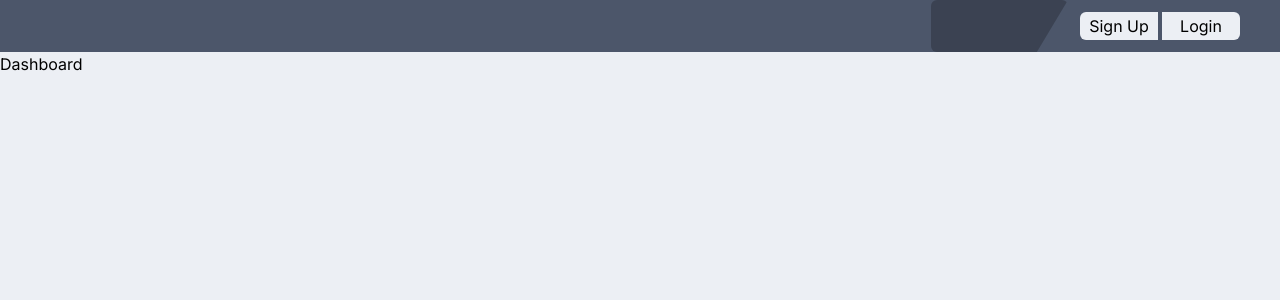
Repository: Qu4ntumGuy/project-bug
Page: /dashboard
The author's editor kept a copy of each file at every save. The page is drawn from the files as they stood at one save, then again after the next save.
The browser window is 1280 px wide. The pictures show the whole page.
The project was rebuilt for these pictures with package versions that can differ from the ones it lists, and the page was loaded fresh each time. The framework's server and built-in components were replaced by stand-ins that run in the browser. Also part of the build but not shown: next.config.mjs.

Above is the page before, as saved 2024-02-13 23:08:41.

### src/app/layout.js
import { Inter } from "next/font/google";
import "./globals.css";

const inter = Inter({ subsets: ["latin"] });

export default function RootLayout({ children }) {
  return (
    <html lang="en">
      <head>
        <title>Project-bug</title>
        <meta name="description" content="Description goes here." />
        <link rel="preconnect" href="https://fonts.googleapis.com" />
        <link rel="preconnect" href="https://fonts.gstatic.com" crossorigin />
        <link
          href="https://fonts.googleapis.com/css2?family=Fira+Code:wght@300;400;500;600&display=swap"
          rel="stylesheet"
        />
      </head>
      <body className={inter.className}>{children}</body>
    </html>
  );
}

### src/app/dashboard/layout.js
"use client";
import Navbar from "@/components/Navbar";

export default function Dashboard({ children }) {
  //   const { data: session, status } = useSession();

  return (
    <>
      <Navbar />
      <div className="w-full overflow-hidden">{children}</div>
    </>
  );
}

### src/app/globals.css
@tailwind base;
@tailwind components;
@tailwind utilities;

/* :root {
  --foreground-rgb: 0, 0, 0;
  --background-start-rgb: 214, 219, 220;
  --background-end-rgb: 255, 255, 255;
} */

/* @media (prefers-color-scheme: dark) {
  :root {
    --foreground-rgb: 255, 255, 255;
    --background-start-rgb: 0, 0, 0;
    --background-end-rgb: 0, 0, 0;
  }
} */

body {
  color: rgb(var(--foreground-rgb));
  background: rgba(236, 239, 244, 1);
  font-family: 'Fira Code', monospace;
}

@font-face {
  font-family: "Fira Code";
  src: url("../../public/font/FiraCode-VariableFont_wght.ttf")
    format("truetype");
}


/* @layer utilities {
  .text-balance {
    text-wrap: balance;
  }
} */

### src/components/Navbar.js
"use client";
import Image from "next/image";
import reactangle from "../../public/Rectangle 5.svg";
import styles from "./Diamond.module.css";

export default function Navbar() {
  const loginHandler = (e) => {
    e.preventDefault();
  };

  const signupHandler = (e) => {
    e.preventDefault();
  };

  return (
    <nav className="h-[10%] w-full bg-[#4C566A] flex justify-end">
      <div className={styles.diamondShape}>
        <Image
          src={reactangle}
          alt="reactangle"
          height={52}
          className=" rounded-md"
        />
      </div>
      <div className="flex m-3 w-40 mr-10 justify-between">
        <div className="flex cursor-pointer bg-[#ECEFF4] w-full mr-1 rounded-l-md items-center justify-center align-middle">
          <button className="" onClick={() => signupHandler}>
            Sign Up
          </button>
        </div>
        <div className="flex bg-[#ECEFF4] cursor-pointer w-full rounded-r-md items-center justify-center align-middle">
          <button onClick={() => loginHandler}>Login</button>
        </div>
      </div>
    </nav>
  );
}

### src/components/Diamond.module.css
.diamond-shape {
    width: 0;
    height: 0;
    border-style: solid;
    border-width: 50px 50px 0 50px; /* Adjust the border-width to change the size of the diamond */
    border-color: transparent transparent transparent transparent;
  }

Loaded but not shown: src/app/dashboard/page.js (common file); tailwind.config.js (common file)

After the next save:
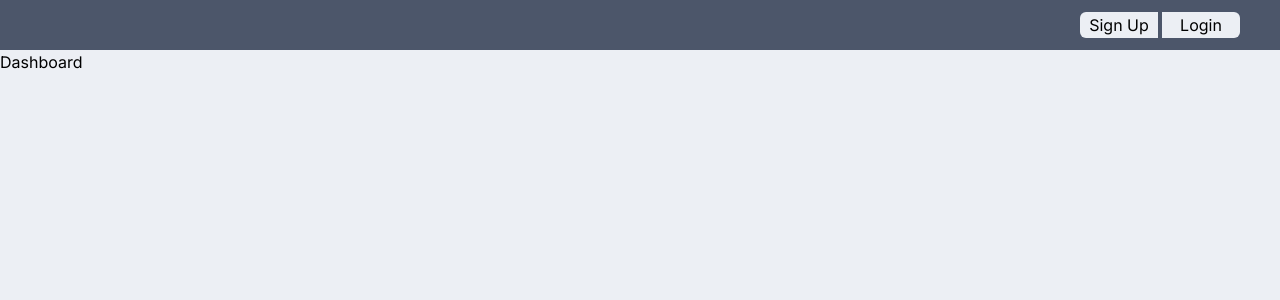
Saved 5 s later.
--- a/src/components/Diamond.module.css
+++ b/src/components/Diamond.module.css
@@ -1,4 +1,4 @@
-.diamond-shape {
+.diamondShape {
     width: 0;
     height: 0;
     border-style: solid;
